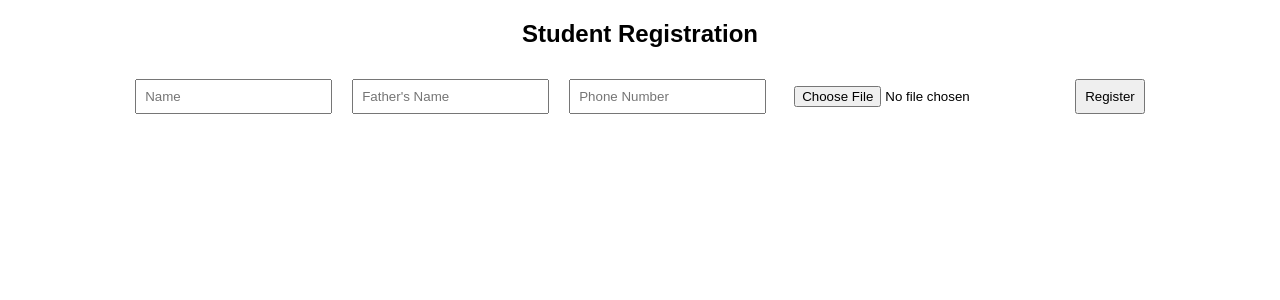
Repository: pripriya09/StudentID-Card-Download
Page: / (app in frontend/)
These files come from the project's save history. The page is drawn as it stood at one moment and after the next save; the edit follows.
The browser window is 1280 px wide. The pictures show the whole page.
The project was rebuilt for these pictures with package versions that can differ from the ones it lists, and the page was loaded fresh each time. Also part of the build but not shown: frontend/vite.config.js.

Above is the page before, as saved 2025-01-07 11:53:15.

After the next save:
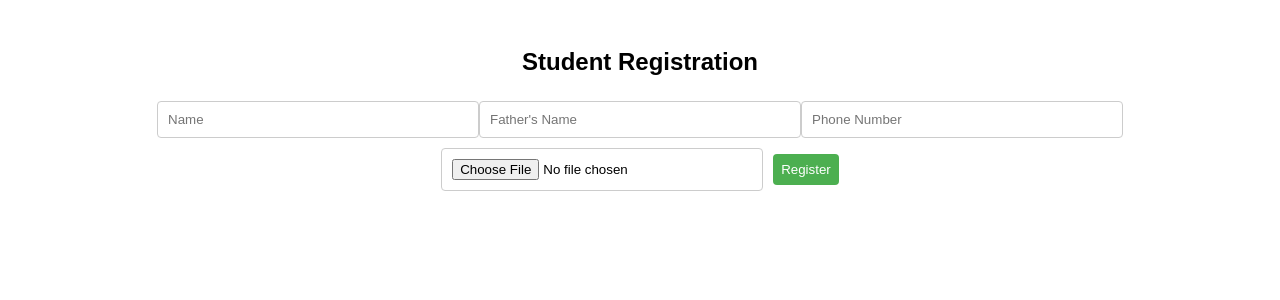
Saved 13 s later.
--- a/frontend/src/App.css
+++ b/frontend/src/App.css
@@ -14,3 +14,76 @@ form input, form button {
   width: 300px;
   margin: 2   0px auto;
 }
+
+
+.App {
+  font-family: Arial, sans-serif;
+  padding: 20px;
+}
+
+form {
+  margin-bottom: 20px;
+}
+
+input[type="text"],
+input[type="tel"],
+input[type="file"] {
+  margin: 5px 0;
+  padding: 10px;
+  width: 100%;
+  max-width: 300px;
+  border: 1px solid #ccc;
+  border-radius: 4px;
+}
+
+button {
+  padding: 10px 20px;
+  background-color: #4CAF50;
+  color: white;
+  border: none;
+  border-radius: 4px;
+  cursor: pointer;
+}
+
+button:hover {
+  background-color: #45a049;
+}
+
+.id-card {
+  display: flex;
+  align-items: center;
+  border: 2px solid #ccc;
+  padding: 10px;
+  width: 400px;
+  margin-top: 20px;
+  background-color: #f9f9f9;
+}
+
+.id-card-image {
+  flex: 1;
+  margin-right: 20px;
+}
+
+.student-image {
+  width: 100px;
+  height: 100px;
+  object-fit: cover;
+  border-radius: 50%;
+}
+
+.id-card-info {
+  flex: 2;
+}
+
+h3 {
+  margin-top: 0;
+}
+
+button {
+  margin-top: 10px;
+  margin-right: 10px;
+}
+
+button:last-child {
+  margin-right: 0;
+}
